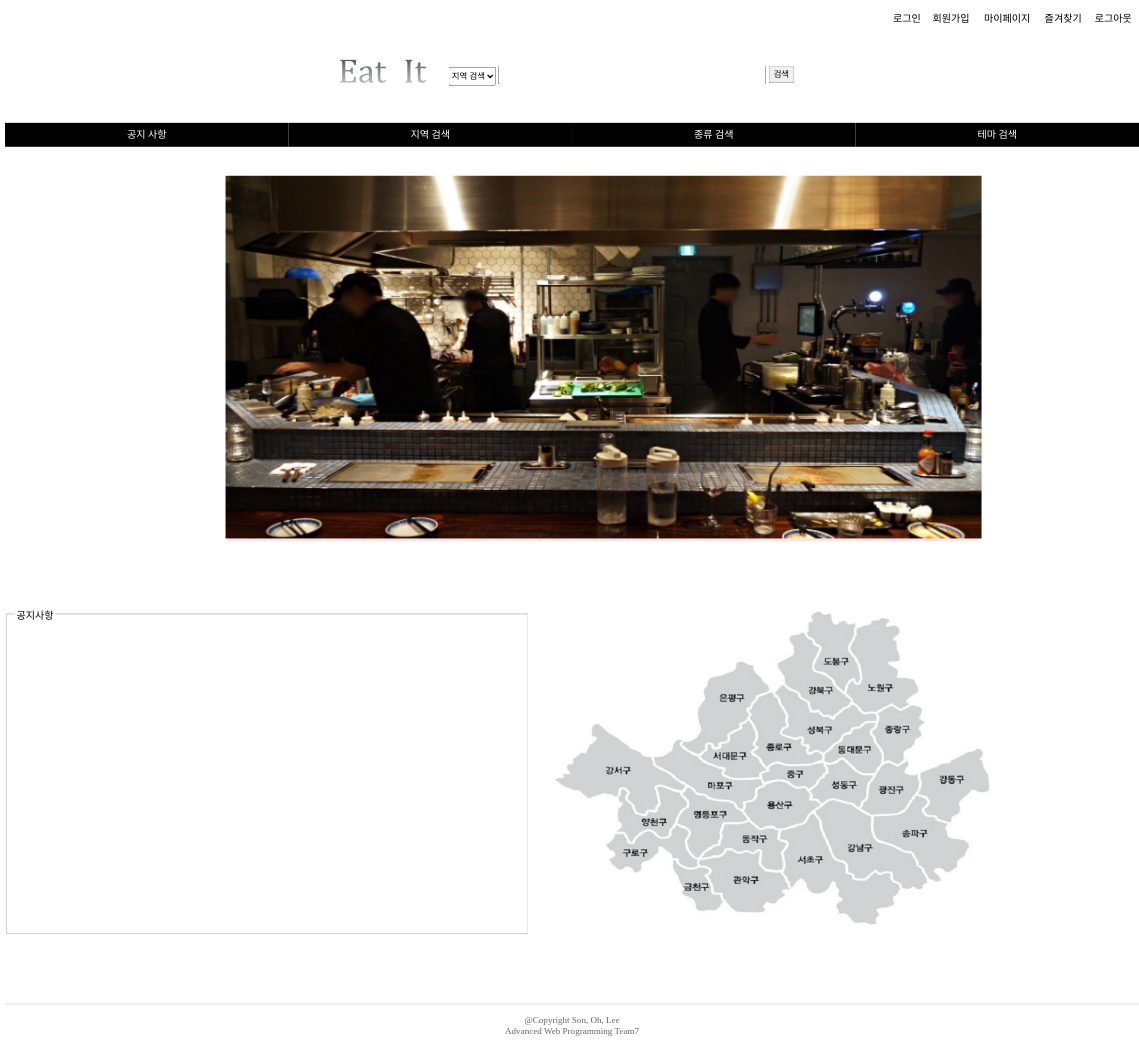
Repository: sonminho/aos
Page: http://localhost/EatIt/
The author's editor kept a copy of each file at every save. The page is drawn from the files as they stood at one save, then again after the next save.
The browser window is 1280 px wide. The page is 1808 px wide, so the pictures cover 1808 px, including what lies to the right of the window. The pictures show the whole page, at 63% of full size.
Some web libraries are served in a nearby version. The page is served by Tomcat 9. Other server files are loaded and not shown.

Above is the page before, as saved 2017-12-12 08:29:06.

### EatIt/EatIt/WebContent/index.jsp
<%@ page language="java" contentType="text/html; charset=EUC-KR"
    pageEncoding="utf-8"%>
<%@ page import="dto.UserVO" %>
<!DOCTYPE html>
<html>
<head>
<meta charset="UTF-8">
<title>Eat it 맛과 즐거움</title>
<style>
	html, body{
		height:100%;
	}

	body > .main_div{
		height:auto;
		min-height:100%;
	}

	.main_div{
		width:1800px;
		height:100%;
		margin:0px auto;
	}

   .top_nav {
      width:400px;
      height:40px;
      float:right;
      text-align:center;
   }

   .main_search {
   	  clear:both;
   	  width:800px;
      margin:0px auto;
      margin-top:50px;
   }

   .main_search input{
      vertical-align:30px;
      height:24px;
   }

   .main_search select{
      vertical-align:28px;
      height:30px;
   }

   .search_img {
      width:200px;
   }

   #main_category{
      width:1800px;
      margin:0px auto;
      text-align:center;
   }

   .ad_img{
   	  padding:30px;
   	  width:1100px;
   	  margin:0px auto;

   }

   .ad_img img{
   		width:1200px;
   		height:580px;
   		margin:0 auto;
   }

   .content{
   		width:100%;
   		height:600px;
   		padding-bottom:50px;
   }

   .content fieldset{
   		margin-top:20px;
   		width:800px;
   		height:500px;
   		float:left;
   }

   .content img{
   		width:800px;
   		height:530px;
   		margin-left:120px
   }

   .footer{
   	   clear:both;
   	   width:1800px;
	   margin:0px auto;
	   height:70px;
	   padding:0;
	   text-align:center;
	   border-top:1px solid #cccccc;
	   font-size:0.9em;
	   color:#666;
	   *zom:1;
   }

   li{list-style:none;}

   a{color:#000; text-decoration:none;}

   #main_bar{
   		width:100%;
   		margin:0 auto;
   		padding-top:20px;
   }

   #main_bar:before, #main_after{
   		content:"";
   		display:block;
   }
   #main_bar:after{
   		clear:both;
   }
   nav {
   		font-size: 1rem;
   }
   nav > ul {
   		margin: 0;
   		padding: 0;

   		list-style: none;
   }
   nav li {
   		position:relative;
   		float:left;
   		width:450px;
   		height:38px;
   }
   ul{
   		margin: 0;
		padding: 0;
   }
   nav li a {
   		display: block;
   		width:100%;
   		line-height:38px;
   		text-align:center;
   		text-decoration:none;
   		background:black;
   		color:#fff;
   }
   nav li a:hover, nav li a.on{
   		background: gray;
   }
   nav ul ul {
   		display: none;
   		position: absolute;
   		top:38px;
   }
   nav ul ul li a {
	background: #fff;
	color: #555;
	border-top: 1px solid #eaeaea;
	}
	nav ul ul li:first-child a {
		border-top: none;
	}
	nav ul ul li a:hover, .nav ul ul li a.on {
		background: #eaeaea;
		color: #333;
	}

	.scale {
	  transform: scale(1);
	  -webkit-transform: scale(1);
	  -moz-transform: scale(1);
	  -ms-transform: scale(1);
	  -o-transform: scale(1);
	  transition: all 0.3s ease-in-out;   /* 부드러운 모션을 위해 추가*/
	}
	.scale:hover {
	  transform: scale(1.2);
	  -webkit-transform: scale(1.2);
	  -moz-transform: scale(1.2);
	  -ms-transform: scale(1.2);
	  -o-transform: scale(1.2);
	}
	.img {overflow:hidden }
	.scale img{
		width:800px;
   		height:530px;
   		margin:0 auto;
	}
</style>
<script src="http://code.jquery.com/jquery-3.1.1.js"></script>
<script>
$(function() {
	var gnbA = $('#main_category>li>a');
	var ul = $('#main_category>li>ul');
	gnbA.on("mouseenter focus", function(){
		if(gnbA.target){
			$(gnbA.target).next().hide();
			$(this).next().show();
		} else {
			$(this).next().show();
		}

		gnbA.target = this;
	});
	gnbA.mouseleave(function() {
		$(this).next().hide();
	});
	ul.hover(function(){
		$(this).show();
	}, function(){
		$(this).hide();
	});
});
</script>
<script>
	var index = 0;

	window.onload = function() {
		slideShow();
	}

	function slideShow() {
		var i;
		var x = document.getElementsByClassName("img_ad");

		for(i = 0; i<x.length; i++) {
			x[i].style.display = "none";
		}

		index++;

		if(index > x.length) {
			index = 1;
		}

		x[index-1].style.display = "block";

		setTimeout(slideShow, 2000);
	}
</script>
</head>
<body>
<div class="main_div">
<table class="top_nav">
   <tr>
      <td><a href="login.jsp"><%if((UserVO)session.getAttribute("uLogin") == null) {%>	로그인     <%}%></a></td>
      <td><a href="join_main.jsp"><%if((UserVO)session.getAttribute("uLogin") == null) {%>	회원가입   <%}%></a></td>
      <td>마이페이지</td>
      <td><a href="ControllerServlet?command=cart_list">즐겨찾기</a></td>
      <td><a href="ControllerServlet?command=user_logout">로그아웃</a></td>
   </tr>
</table><br>
<form class="main_search">
   <a href="index.jsp"><img class="search_img" src="img/eat_it.jpg"></a>
   <select>
   		<option>지역 검색</option>
   		<option>종류 검색</option>
   		<option>테마 검색</option>
   </select>
   <input type="text" size="50">
   <input type="submit" value="검색" style="height:28px;">
</form>
<br>
<div id="main_bar">
	<nav>
	<ul id="main_category">
		<li class="m1"><a href="local_search.jsp">공지 사항</a>
		</li>
		<li class="m2"><a href="local_search.jsp">지역 검색</a>
			<ul>
				<li><a href="ControllerServlet?command=place_location&location=nowongu">노원구</a></li>
				<li><a href="#">광진구</a></li>
				<li><a href="#">강북구</a></li>
				<li><a href="#">영등포구</a></li>
				<li><a href="#">강서구</a></li>
				<li><a href="#">강남구</a></li>
				<li><a href="#">마포구</a></li>
			</ul>
		</li>
		<li class="m3"><a href="detail_page.html">종류 검색</a>
			<ul>
				<li><a href="#">한식</a></li>
				<li><a href="#">일식</a></li>
				<li><a href="#">중식</a></li>
			</ul>
		</li>
		<li class="m4"><a href="detail_page.html">테마 검색</a>
			<ul>
				<li><a href="#">데이트</a></li>
				<li><a href="#">가족 모임</a></li>
				<li><a href="#">비지니스</a></li>
				<li><a href="#">상견례</a></li>
			</ul>
		</li>
	</ul>
	</nav>
</div>
<br><br>
<br>
	<div class="ad_img">
		<img class="img_ad" src="img/img3.png"/>
		<img class="img_ad" src="img/img5.png"/>
		<img class="img_ad" src="img/img6.png"/>
	</div>
<br><br><br>
<div class="content">
<fieldset>
<legend>공지사항</legend>
<TABLE cellSpacing=0 cellPadding=0 width="100%" border=0>
<TBODY>
<TR vAlign=center align=left>
<TD><HEIGHT=30 width="12" border="0"></TD>
<TD width="100%">
<TD><HEIGHT=30 width="8" border="0"></TD></TR>
<TR vAlign=top>
<TD>&nbsp;</TD>
<TD>
<TABLE cellSpacing=0 cellPadding=0 width="100%" border=0>
<TBODY>
<TR>
<TD bgColor=#ffffff>
<MARQUEE onmouseover=this.stop() style="WIDTH: 100%; HEIGHT: 100px" onmouseout=this.start() scrollAmount=1 direction=up>
<DIV style="PADDING-RIGHT: 0px; OVERFLOW-Y: auto; PADDING-LEFT: 0px; OVERFLOW-X: hidden; PADDING-BOTTOM: 3px; WIDTH: 100%; PADDING-TOP: 3px">
<TABLE cellSpacing=0 cellPadding=0 width="100%" border=0>
<TBODY>
<TR>
<TD vAlign=top width="100%">
<TABLE cellSpacing=0 cellPadding=0 width="100%" border=0>
<TBODY>
<TR>
<TD height=20>&nbsp;<SPAN class=board style="FONT-SIZE: 14pt">공릉동 조마루 감자탕 오픈 예정</SPAN></TD></TR>
<TR>
<TD height=20>&nbsp;<SPAN class=board style="FONT-SIZE: 14pt">족발야시장 이번달 맛집 선정</SPAN></TD></TR>
<TR>
<TD height=20>&nbsp;<SPAN class=board style="FONT-SIZE: 14pt">공지사항3</SPAN></TD></TR>
<TR>
<TD height=20>&nbsp;<SPAN class=board style="FONT-SIZE: 14pt">공지사항4</SPAN></TD></TR></TBODY></TABLE></TD></TR></TBODY></TABLE></DIV></MARQUEE></TD></TR></TBODY></TABLE></TD>
<TD>&nbsp;</TD></TR></TBODY></TABLE>
</fieldset><br>
<div class="img">
<div class="scale">
	<img src="img/seoul.png" usemap="#seoul_main" >

<map id="seoul_main" name="seoul_main">
<area shape="circle" alt="강서구" title="" coords="142,260,24" href="http://localhost:8080/jQuery/detail_page.html" target="_self" />
<area shape="circle" alt="은평구" title="" coords="319,152,21" href="http://localhost:8080/jQuery/detail_page.html" target="_self" />
<area shape="circle" alt="강남구" title="" coords="525,383,25" href="http://localhost:8080/jQuery/detail_page.html" target="_self" />
<area shape="circle" alt="동작구" title="" coords="352,370,18" href="http://localhost:8080/jQuery/detail_page.html" target="_self" />
<area shape="circle" alt="노원구" title="" coords="554,126,24" href="ControllerServlet?command=place_location&location=nowongu" target="_self" />
</map>
</div></div>
</div> <!-- content -->
</div> <!-- main_div -->

<div class="footer">
<br>
@Copyright Son, Oh, Lee
<br>
Advanced Web Programming Team7
</div>

</body>
</html>

After the next save:
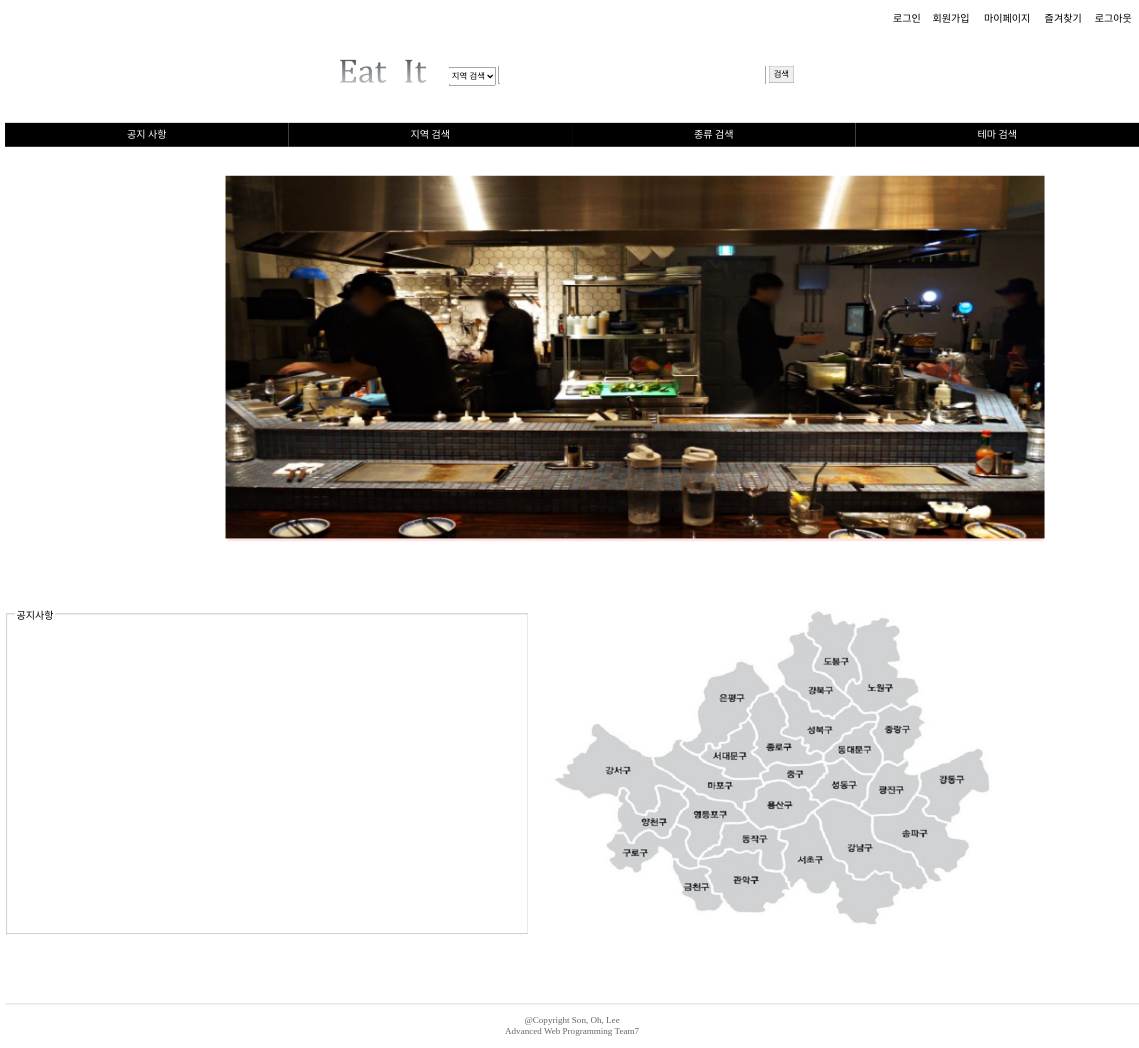
Saved 87 s later.
--- a/EatIt/EatIt/WebContent/index.jsp
+++ b/EatIt/EatIt/WebContent/index.jsp
@@ -64,7 +64,7 @@
    }
 
    .ad_img img{
-   		width:1200px;
+   		width:1300px;
    		height:580px;
    		margin:0 auto;
    }
